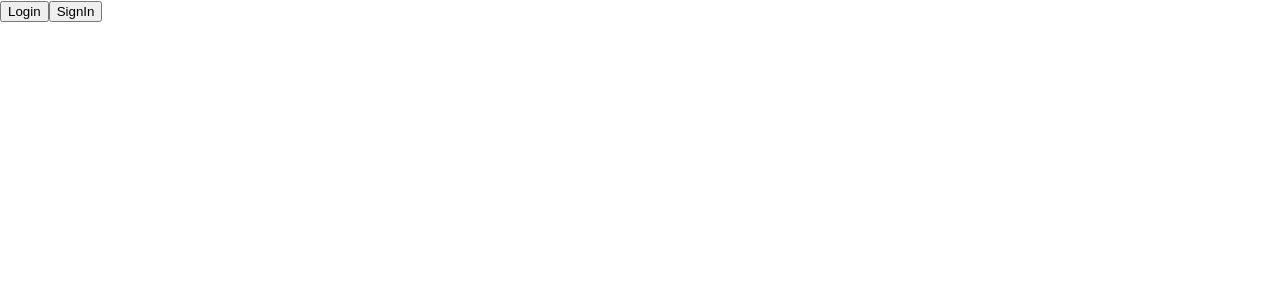
Repository: ehabmelhem/FullStack_Tweetapp
Page: / (app in tweet-app-demo/)
The author's editor kept a copy of each file at every save. The page is drawn from the files as they stood at one save, then again after a run of saves.
The browser window is 1280 px wide. The pictures show the whole page.
The project was rebuilt for these pictures with package versions that can differ from the ones it lists, and the page was loaded fresh each time. A package was used in the major version that the imports need, not the one package.json lists. Also part of the build but not shown: tweet-app-demo/src/App.css, tweet-app-demo/src/Componets/Login.css, tweet-app-demo/src/Componets/Login.js.

Above is the page before, as saved 2021-01-27 22:05:48.

### tweet-app-demo/src/App.js
import "./App.css";
import { useEffect, useState } from "react";
import { BrowserRouter as Router, Switch, Route, Link } from "react-router-dom";
import Login from "./Componets/Login";

function App() {
  return (
    <Router>
      <Switch>
        <div className="app">
          <Route path="/login">
            <Login />
          </Route>
          <button>Login</button>
          <button>SignIn</button>
        </div>
      </Switch>
    </Router>
  );
}

export default App;

Loaded but not shown: tweet-app-demo/public/index.html (common file); tweet-app-demo/src/index.js (common file); tweet-app-demo/src/index.css (common file); tweet-app-demo/src/reportWebVitals.js (common file); tweet-app-demo/src/App.css (no copy from this time; the picture is the same without it)

After the next 4 saves:
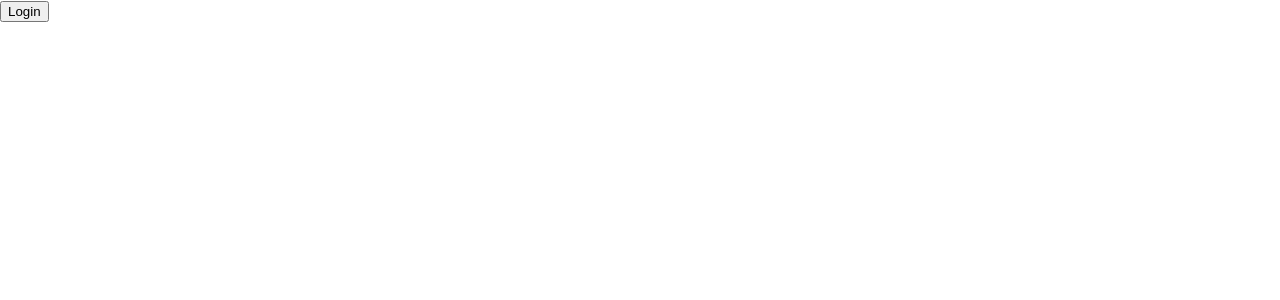
The 4 saves are shown as one change because they came seconds apart.
The last was saved 20 s later.
--- a/tweet-app-demo/src/App.js
+++ b/tweet-app-demo/src/App.js
@@ -6,15 +6,15 @@
 function App() {
   return (
     <Router>
-      <Switch>
-        <div className="app">
+      <div className="app">
+        <Switch>
           <Route path="/login">
             <Login />
           </Route>
           <button>Login</button>
           <button>SignIn</button>
-        </div>
-      </Switch>
+        </Switch>
+      </div>
     </Router>
   );
 }

After the 2 saves that followed:
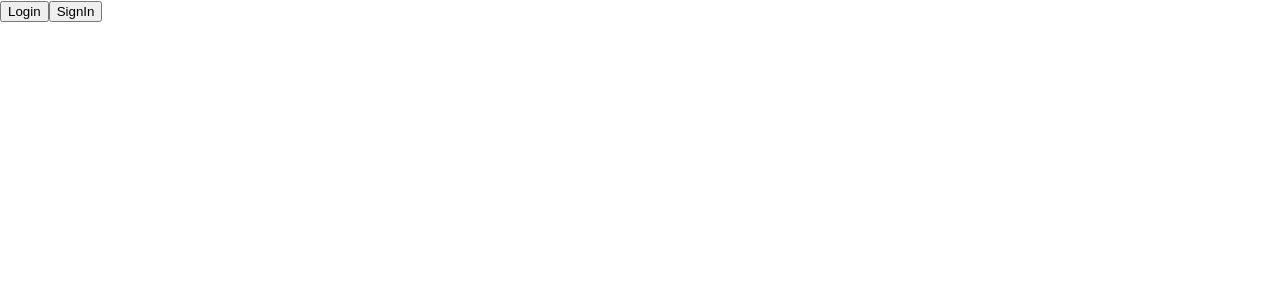
The 2 saves are shown as one change because 1 left the picture as it was.
The last was saved 20 s later.
--- a/tweet-app-demo/src/App.js
+++ b/tweet-app-demo/src/App.js
@@ -11,8 +11,10 @@
           <Route path="/login">
             <Login />
           </Route>
-          <button>Login</button>
-          <button>SignIn</button>
+          <Route>
+            <button>Login</button>
+            <button>SignIn</button>
+          </Route>
         </Switch>
       </div>
     </Router>
